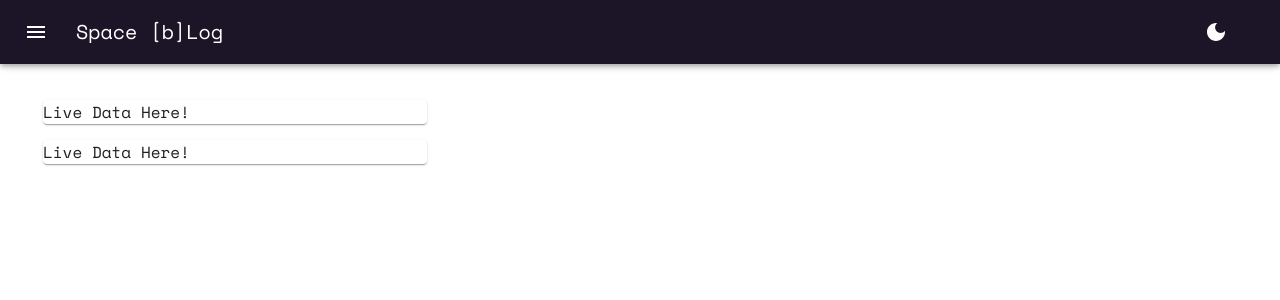
Repository: staswerno/space-blog
Page: /
These files come from the project's save history. The page is drawn as it stood at one moment and after the next save; the edit follows.
The browser window is 1280 px wide. The pictures show the whole page.
The page's requests for data from a server got no answer. The project was rebuilt for these pictures with package versions that can differ from the ones it lists, and the page was loaded fresh each time. No one was signed in, and anything a server would have sent is missing. Also part of the build but not shown: src/App.css, src/components/Post.js.

Above is the page before, as saved 2021-12-01 11:26:10.

After the next save:
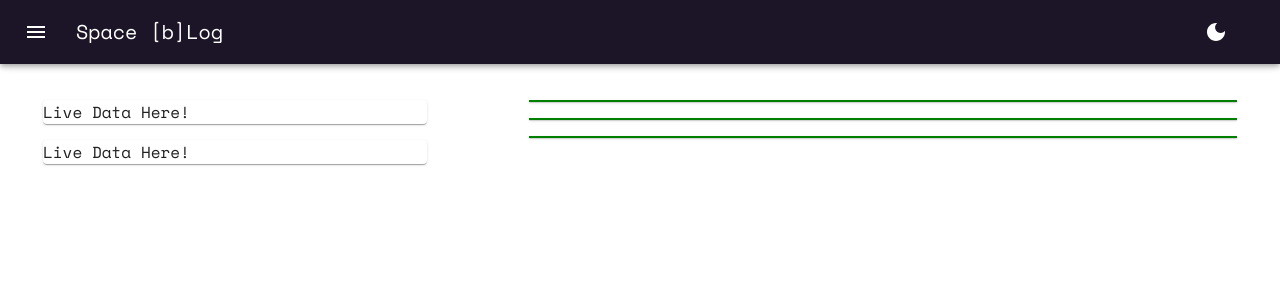
Saved 21 s later.
--- a/src/components/post.css
+++ b/src/components/post.css
@@ -2,3 +2,6 @@ img {
   width: 400px;
   height: 200px;
 }
+.container {
+  border: 1px solid green;
+}

After the save that followed:
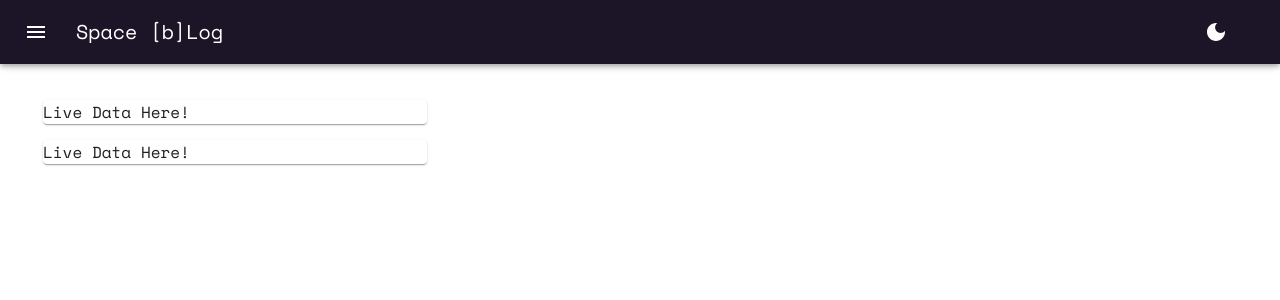
Saved 31 s later.
--- a/src/ContentfulData.js
+++ b/src/ContentfulData.js
@@ -26,7 +26,7 @@ export default class ContentfulDataComp extends React.Component {
       <>
         <Box m={2}>
           <Paper>
-            <Typography className="container">
+            <Typography>
               <div className="wrapper">
                 <Posts posts={this.state.articles} />
               </div>
